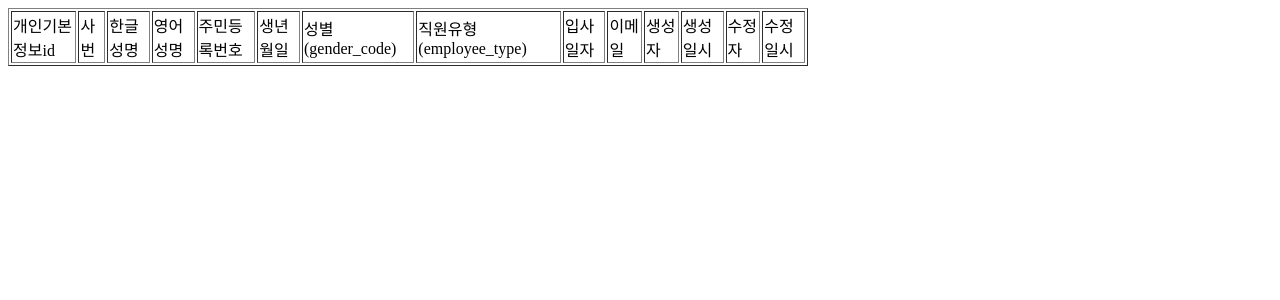
Repository: ktj4732/test
Page: http://localhost/dwl/home.jsp
An editor plug-in stored every save of this project. The page is shown before and after the next save, followed by the edit.
The browser window is 1280 px wide. The pictures show the whole page.
The page is served by Tomcat 9. Queries for data that is not in the repository find no rows.

Above is the page before, as saved 2020-11-18 05:19:57.

After the next save:
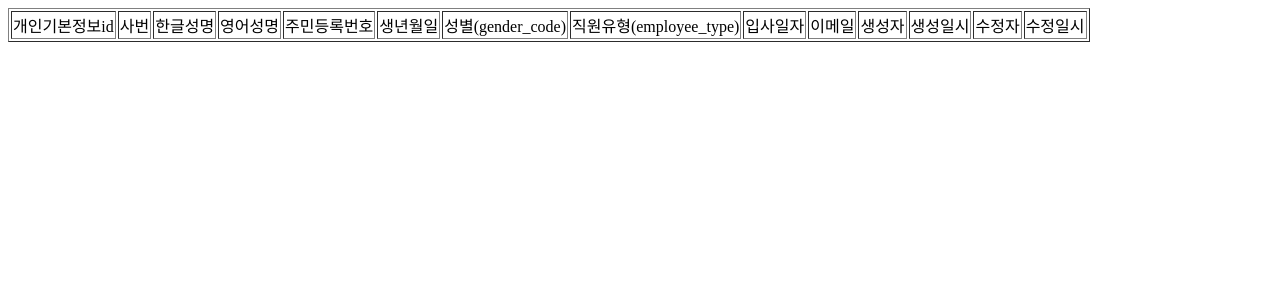
Saved 48 s later.
--- a/dwl/WebContent/home.jsp
+++ b/dwl/WebContent/home.jsp
@@ -3,7 +3,7 @@
 <%@ page import="java.sql.*"%>
 
 
-      <table width = "800px" border = "1">
+      <table width = "" border = "1">
       <tr>
             <td>개인기본정보id</td>
 			<td>사번</td>
